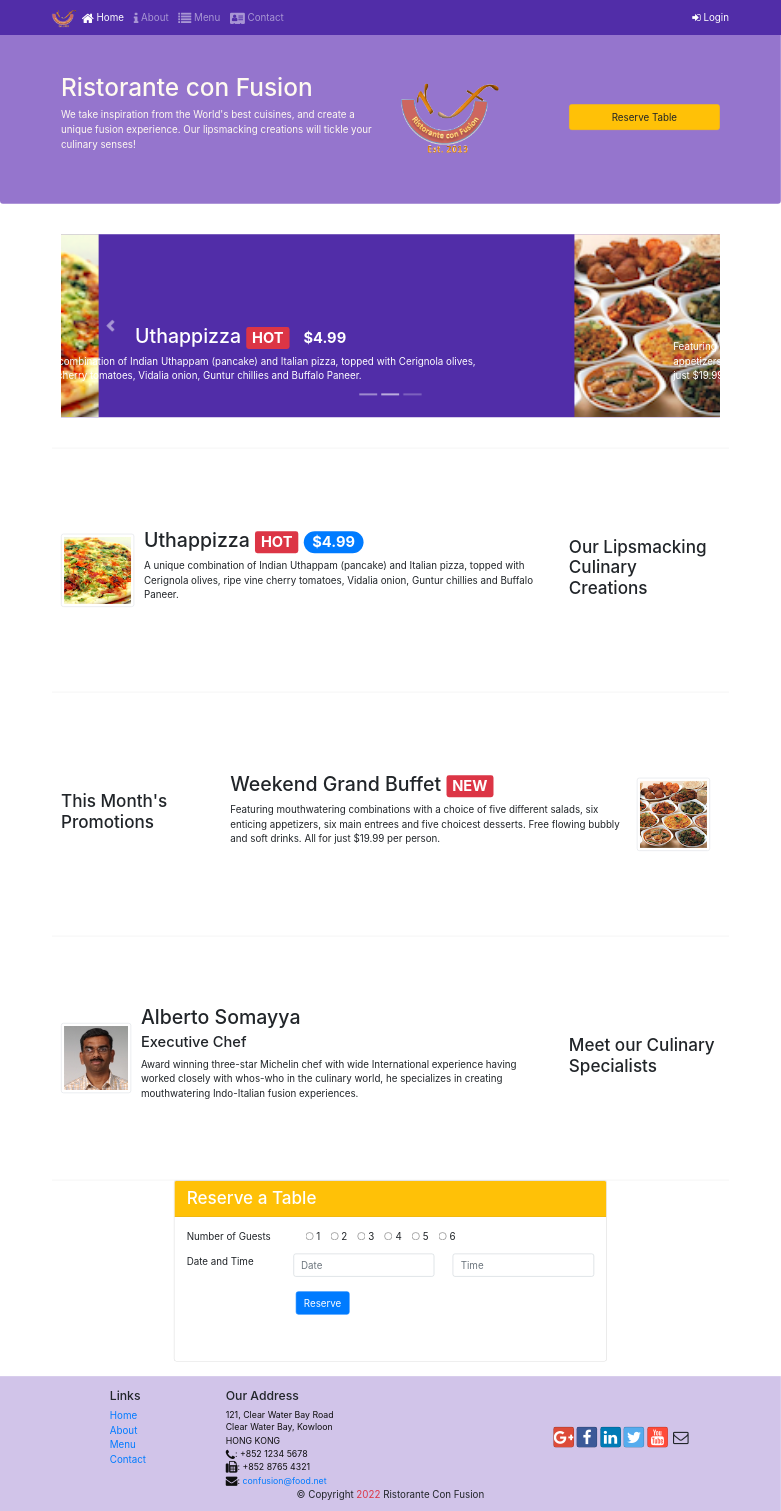
Repository: HwZau/conFusion
Page: index.html
The author's editor kept a copy of each file at every save. The page is drawn from the files as they stood at one save, then again after the next save.
The browser window is 1280 px wide. The pictures show the whole page, at 61% of full size.

Above is the page before, as saved 2022-06-01 21:59:48.

After the next save:
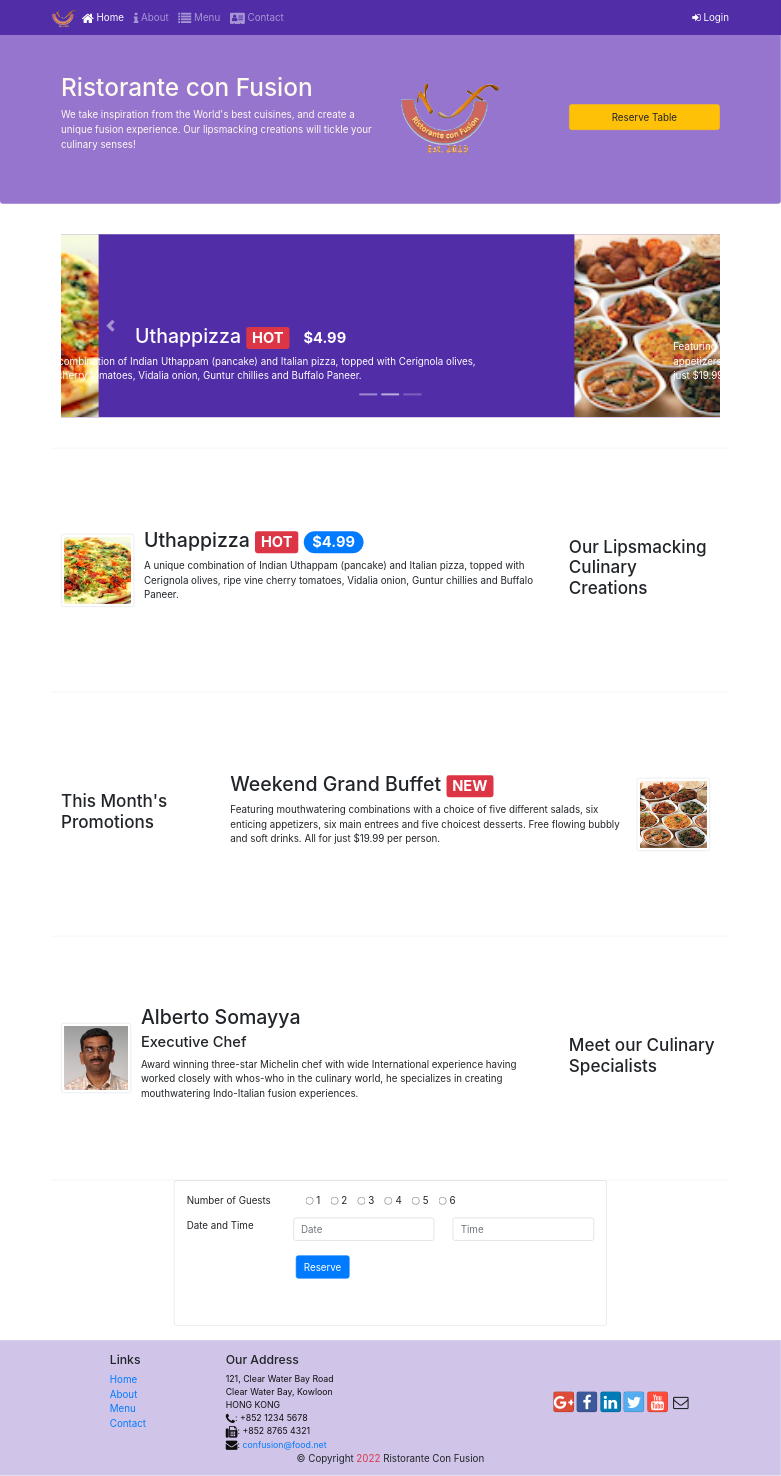
Saved 28 s later.
--- a/index.html
+++ b/index.html
@@ -266,7 +266,6 @@
         </div>
         <div id="reserveform" class="col-12 offset-md-2 col-sm-6 col-md-8 align-self-center">
             <div class="card">
-                <h3 class="card-header text-white bg-warning">Reserve a Table</h3>
                 <div class="card-body">
                     <dl class="row">
                         <dd class="col-12 col-md-3">Number of Guests</dd>

After the save that followed:
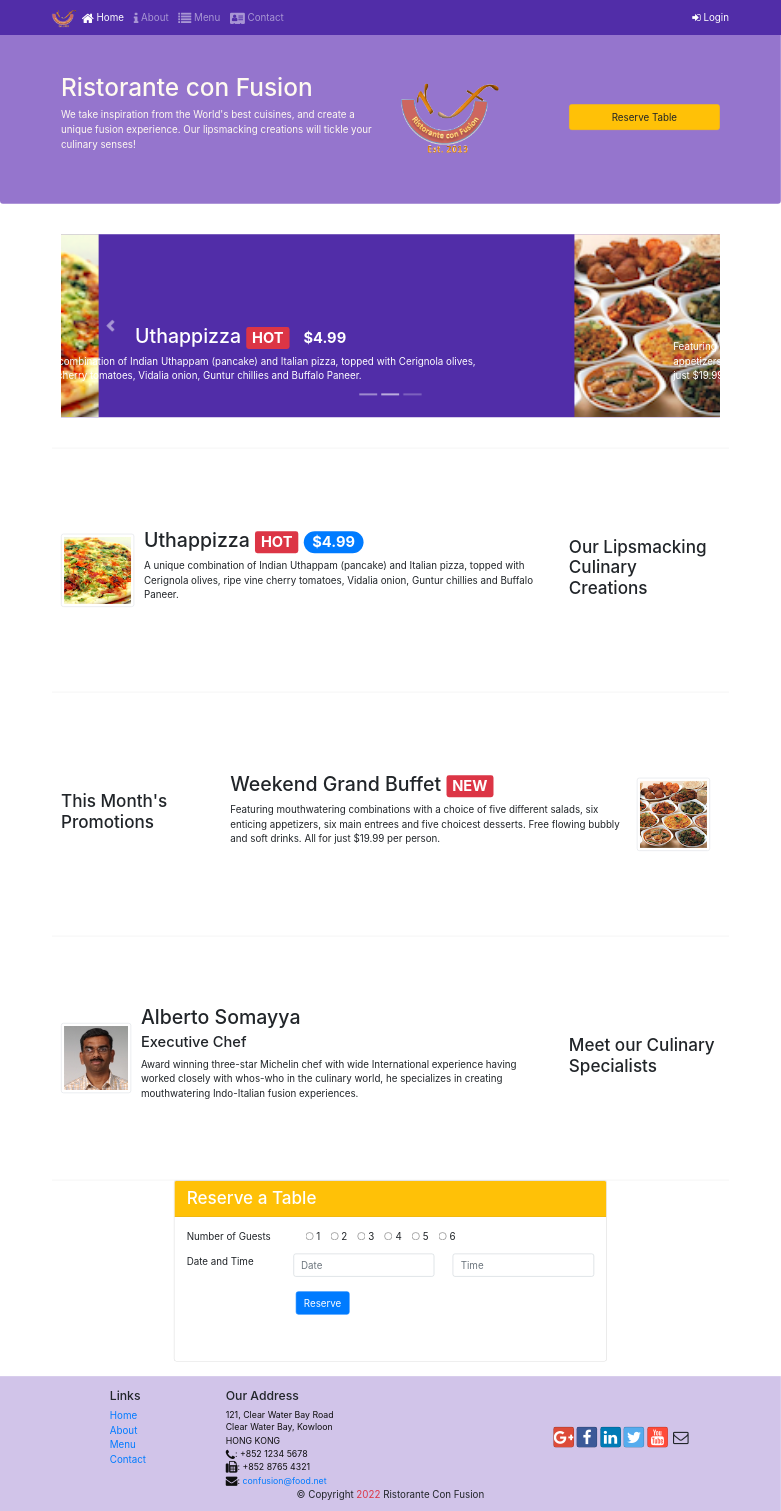
Saved 5 s later.
--- a/index.html
+++ b/index.html
@@ -266,6 +266,7 @@
         </div>
         <div id="reserveform" class="col-12 offset-md-2 col-sm-6 col-md-8 align-self-center">
             <div class="card">
+                <h3 class="card-header text-white bg-warning">Reserve a Table</h3>
                 <div class="card-body">
                     <dl class="row">
                         <dd class="col-12 col-md-3">Number of Guests</dd>
